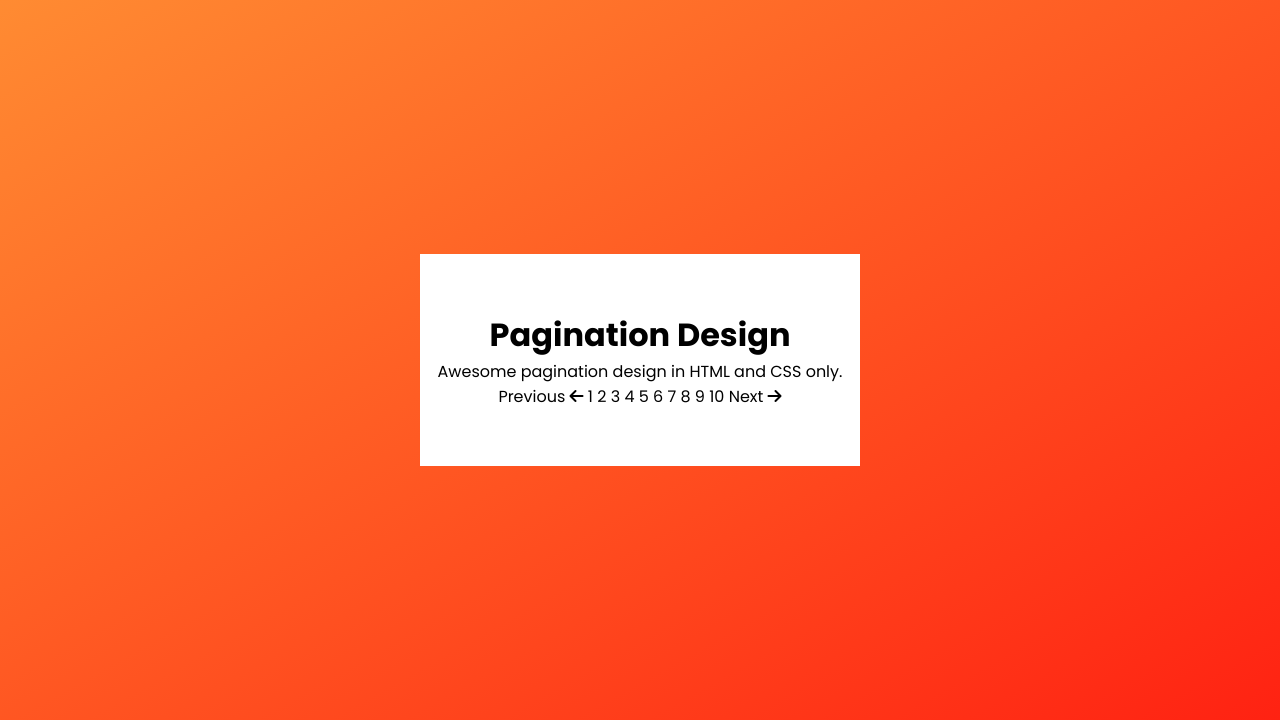
Repository: Ankitkr2021/Awesome-Pagination
Page: index.html
An editor plug-in stored every save of this project. The page is shown before and after the next save, followed by the edit.
The browser window is 1280 px wide. The pictures show the whole page.

Above is the page before, as saved 2025-10-02 08:57:30.

After the next save:
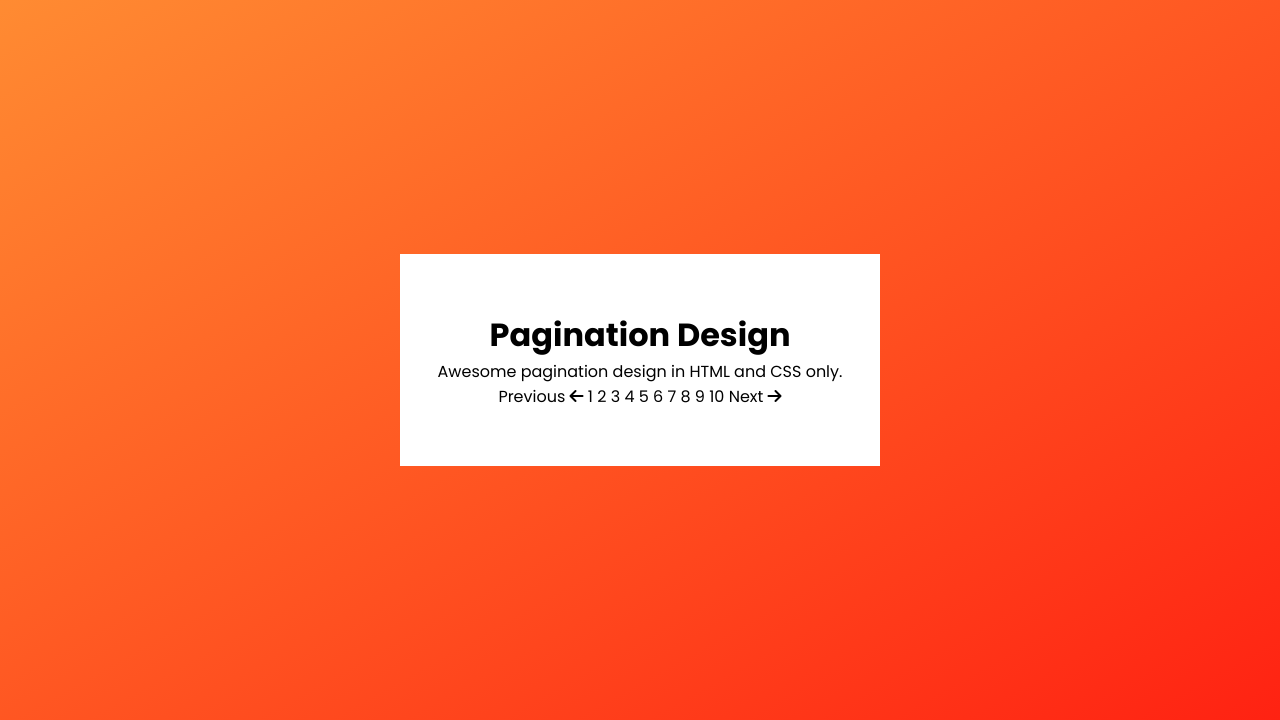
Saved 8 s later.
--- a/style.css
+++ b/style.css
@@ -22,6 +22,6 @@ body{
    align-items: center;
    flex-direction: column;
    background: #fff;
-   width: 440px;
+   width: 480px;
    height: 212px;
 }
